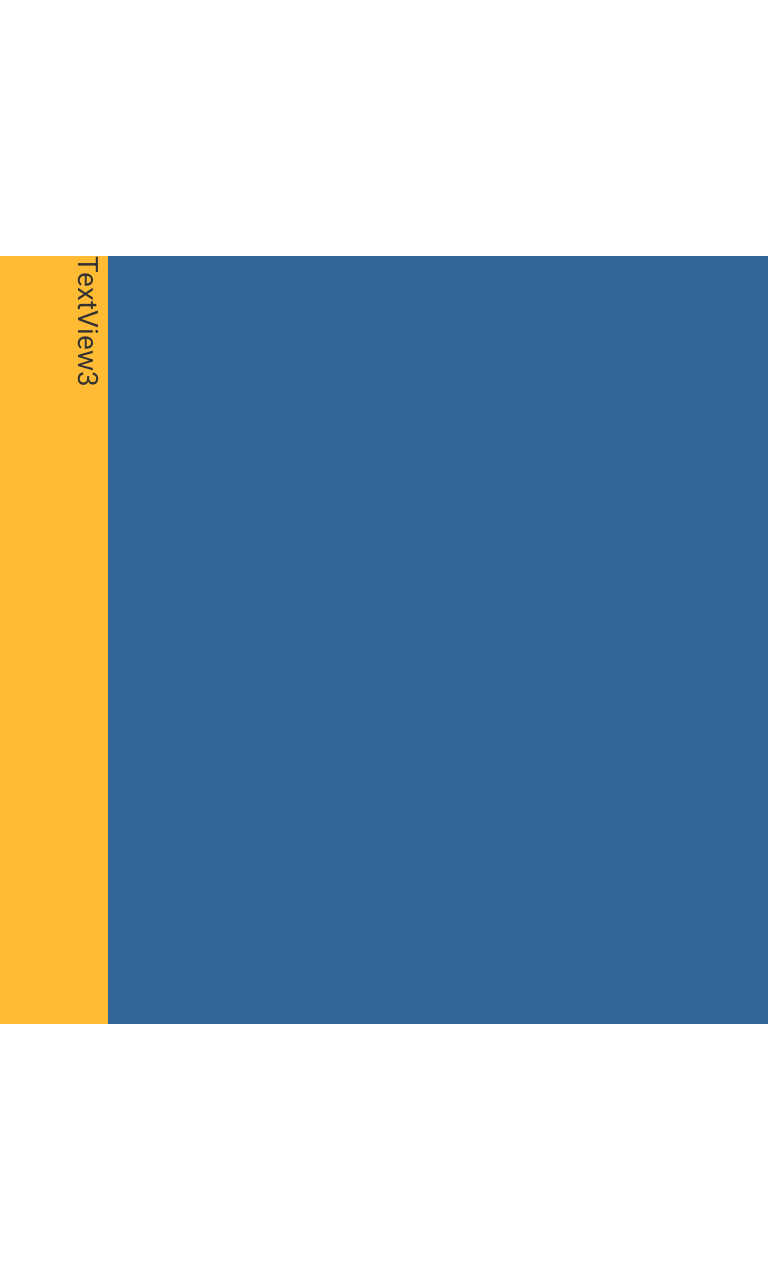
Repository: complexityclass/GosClient
Layout: Client/res/layout/activity_service.xml
An editor plug-in stored every save of this project. The layout is shown before and after the next save, followed by the edit.
It is drawn on a 768 x 1280 px phone screen (xhdpi) without system bars, with theme AppTheme; the app's code is not run. Lists and similar views that code fills are empty.

Above is the layout before, as saved 2013-04-19 14:28:38.

After the next save:
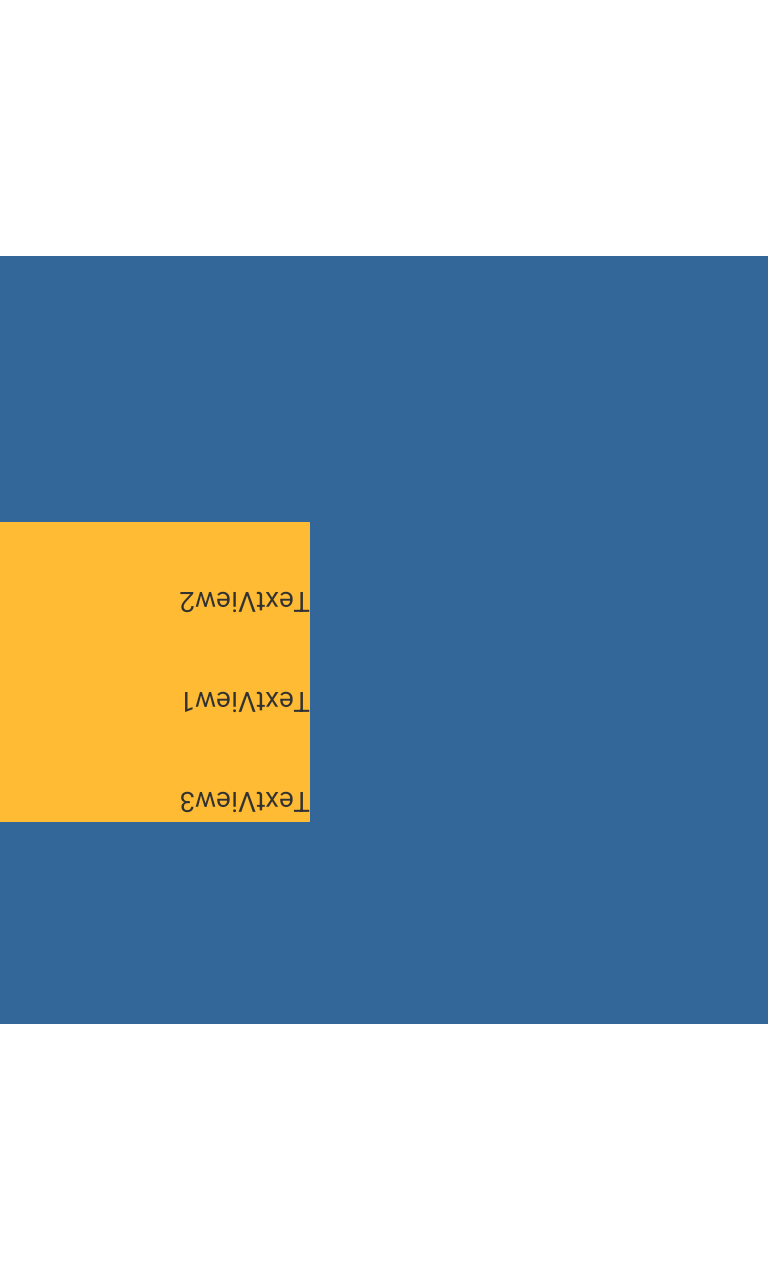
Saved 17 s later.
--- a/Client/res/layout/activity_service.xml
+++ b/Client/res/layout/activity_service.xml
@@ -33,7 +33,8 @@
             android:id="@id/handle"
             android:layout_width="match_parent"
             android:layout_height="wrap_content"
-            android:orientation="vertical" >
+            android:orientation="vertical"
+            android:rotation="90" >
 
             <LinearLayout
                 android:id="@+id/linlay"
